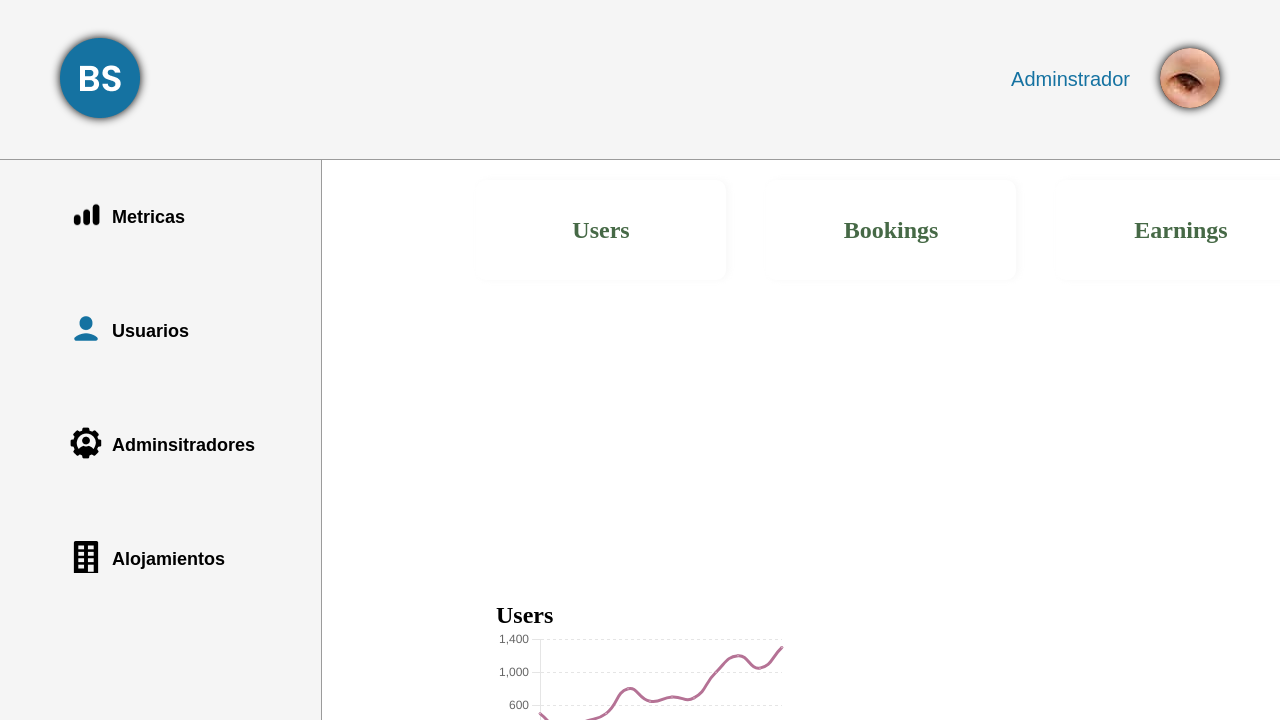
Repository: Cherced/BookingUi
Page: /
The author's editor kept a copy of each file at every save. The page is drawn from the files as they stood at one save, then again after a run of saves.
The browser window is 1280 px wide. The pictures show the whole page.
An inner scrolling area shows only its first screen. Some web fonts or font styles are not loaded; a fallback is used. The project was rebuilt for these pictures with package versions that can differ from the ones it lists, and the page was loaded fresh each time. The framework's server and built-in components were replaced by stand-ins that run in the browser. Also part of the build but not shown: next.config.js.

Above is the page before, as saved 2022-06-03 15:45:46.

After the next 3 saves:
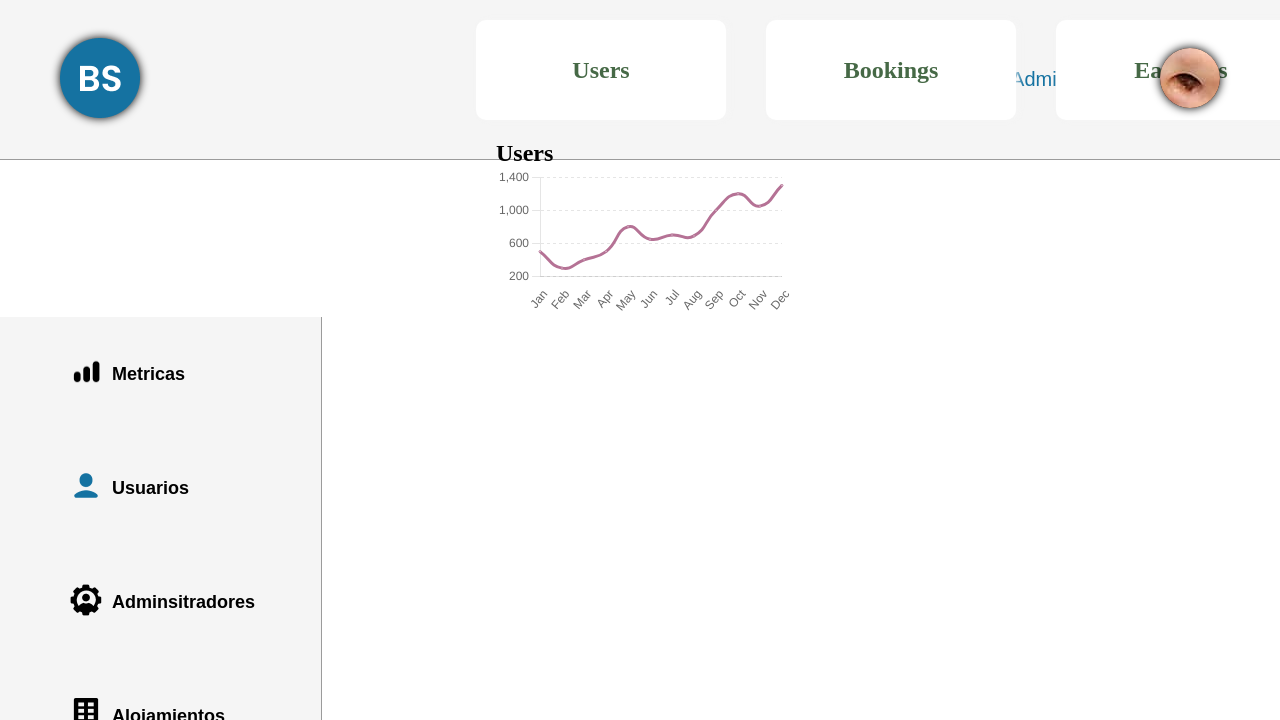
The 3 saves are shown as one change because they came seconds apart.
The last was saved 4 min 54 s later.
--- a/sass/components/_contentdash.scss
+++ b/sass/components/_contentdash.scss
@@ -1,7 +1,7 @@
 .contentcontainer{
     grid-area: main;
     grid-column: 2/6;
-    grid-row: 2/3;
+    grid-row: 1/1;
     display: flex;
     flex-wrap: wrap;
     margin-left:200px;

After the 2 saves that followed:
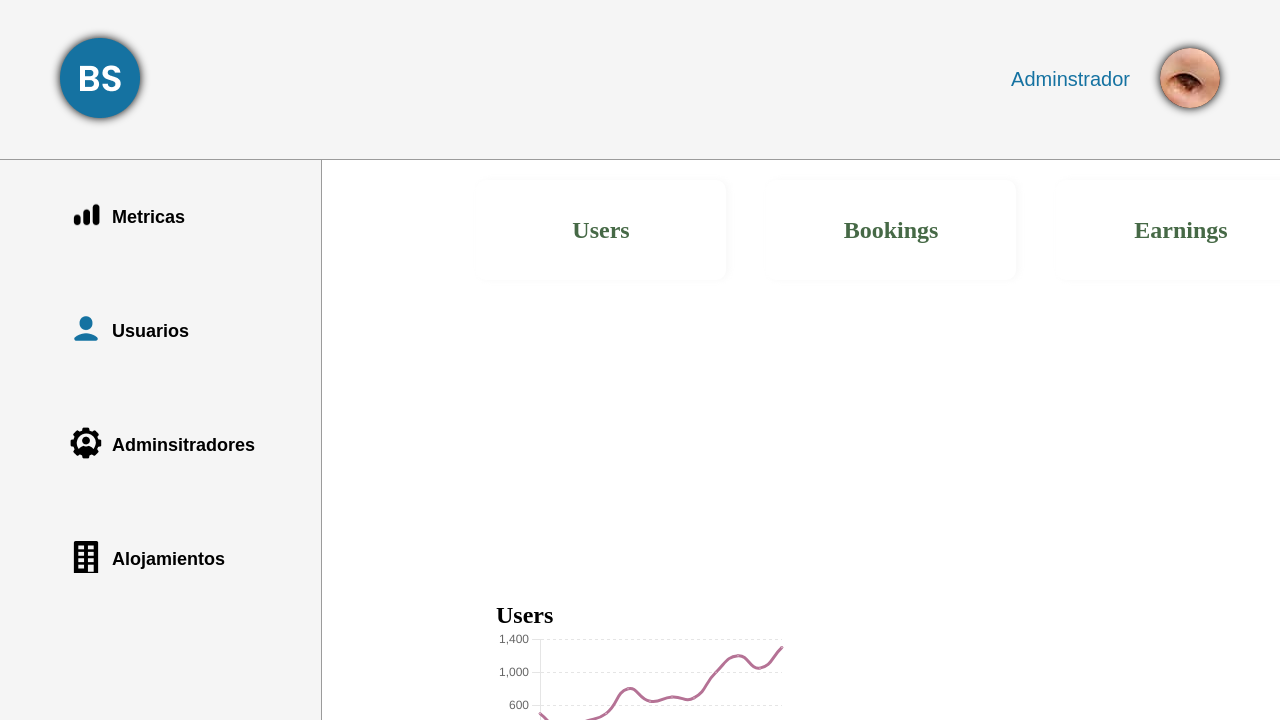
The 2 saves are shown as one change because 1 left the picture as it was.
The last was saved 28 s later.
--- a/sass/components/_contentdash.scss
+++ b/sass/components/_contentdash.scss
@@ -1,7 +1,7 @@
 .contentcontainer{
     grid-area: main;
     grid-column: 2/6;
-    grid-row: 1/1;
+    grid-row: 2/2;
     display: flex;
     flex-wrap: wrap;
     margin-left:200px;
